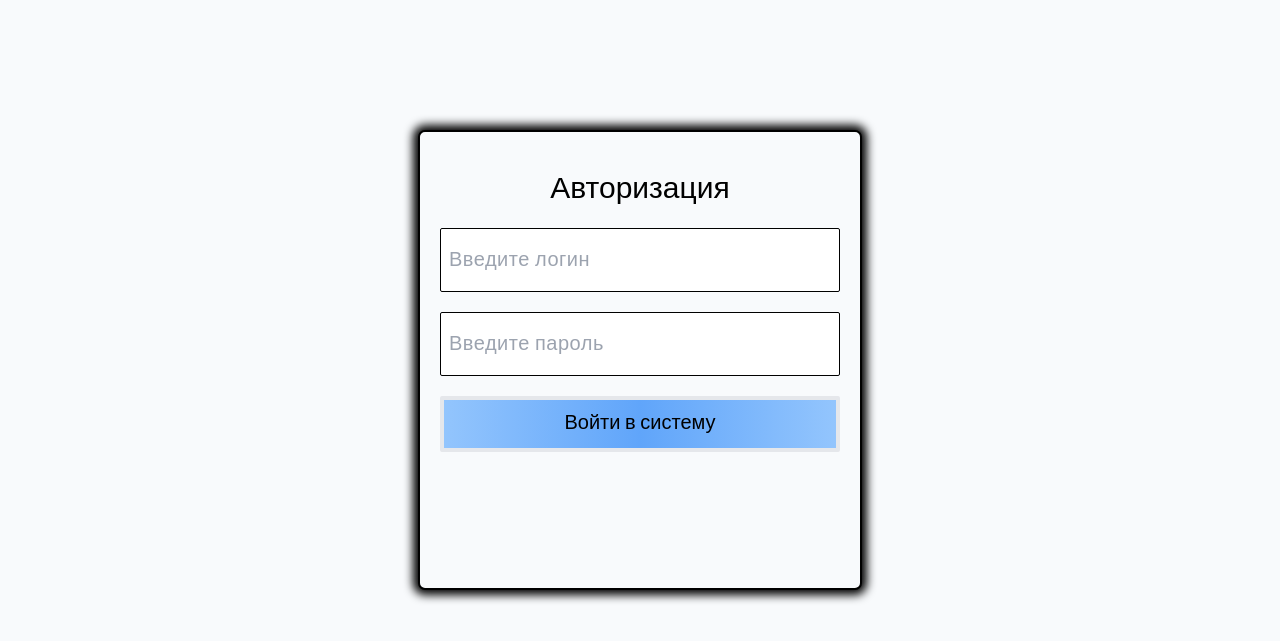
Repository: AlearvickOne/CartridgesApp
Page: /
The author's editor kept a copy of each file at every save. The page is drawn from the files as they stood at one save, then again after the next save.
The browser window is 1280 px wide. The pictures show the whole page.
The page's requests for data from a server got no answer. The project was rebuilt for these pictures with package versions that can differ from the ones it lists, and the page was loaded fresh each time. The framework's server and built-in components were replaced by stand-ins that run in the browser. No one was signed in, and anything a server would have sent is missing. Also part of the build but not shown: next.config.mjs.

Above is the page before, as saved 2024-04-19 16:04:18.

After the next save:
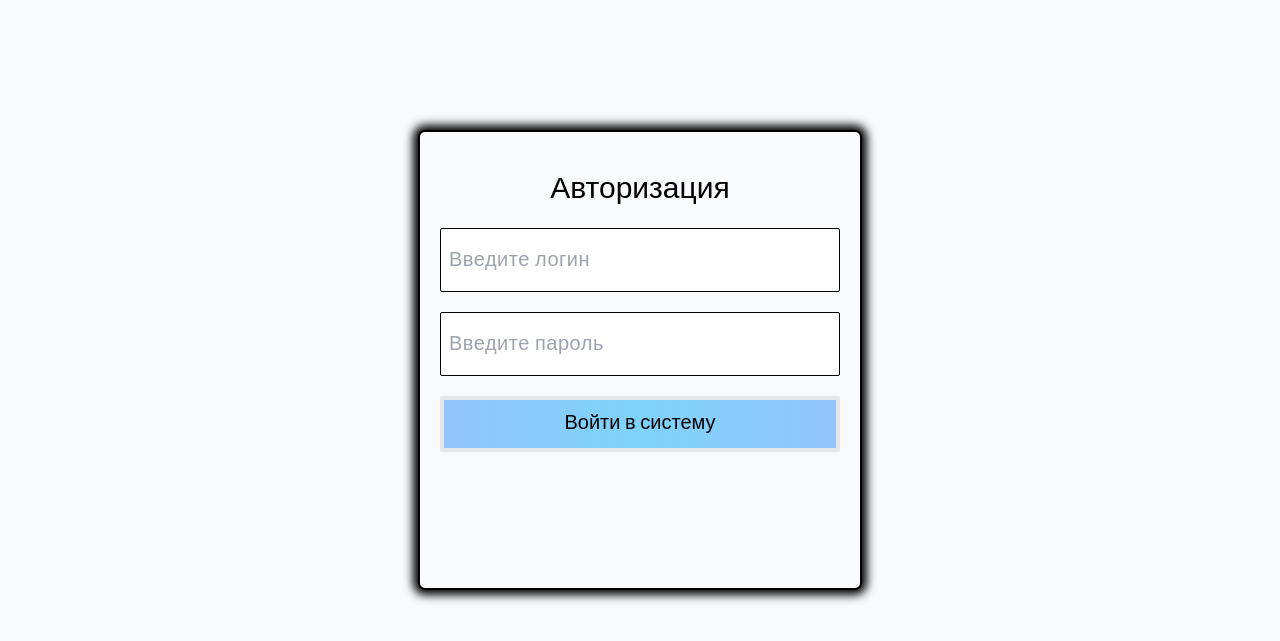
Saved 48 s later.
--- a/src/styles/home/Home.module.scss
+++ b/src/styles/home/Home.module.scss
@@ -16,7 +16,7 @@
       }
 
       > button {
-        @apply p-2 rounded-sm hover:text-violet-200 text-black h-14 bg-gradient-to-r from-blue-300 via-blue-400 to-blue-300 text-xl border-4;
+        @apply p-2 rounded-sm hover:text-violet-200 text-black h-14 bg-gradient-to-r from-blue-300 via-sky-300 to-blue-300 text-xl border-4;
       }
     }
   }
